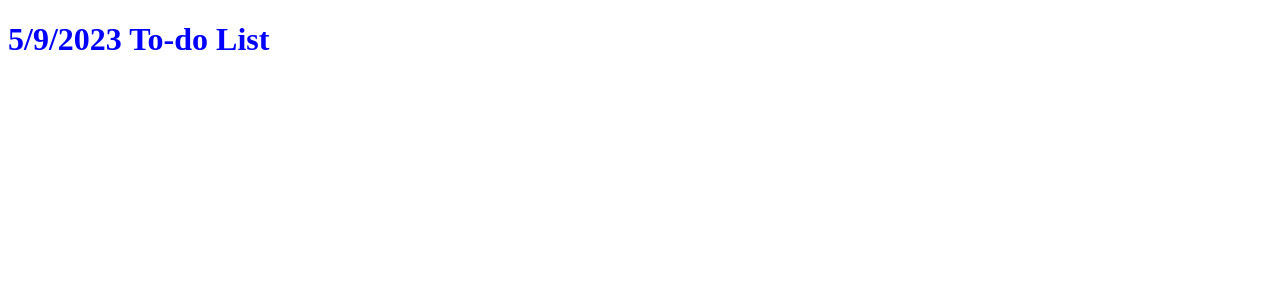
Repository: thecoachanna/todolist-v1
Page: http://localhost/
The author's editor kept a copy of each file at every save. The page is drawn from the files as they stood at one save, then again after a run of saves.
The browser window is 1280 px wide. The pictures show the whole page.
The page is served by the project's Node server (app.js).

Above is the page before, as saved 2023-05-09 07:10:59.

After the next 2 saves:
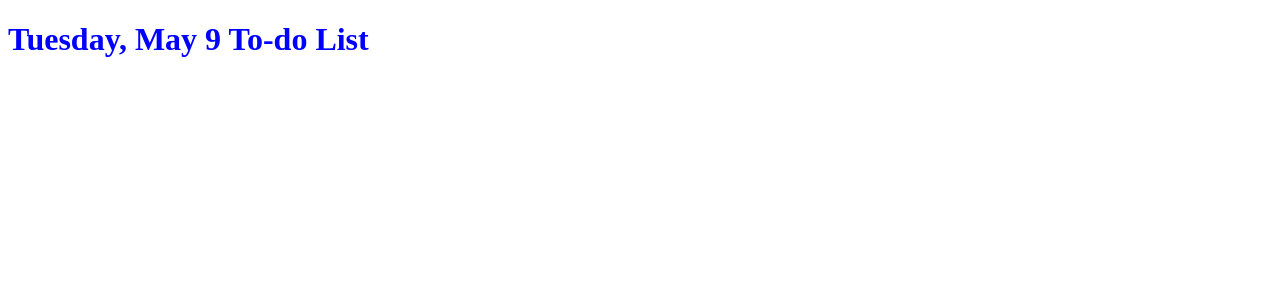
The 2 saves are shown as one change because they came seconds apart.
The last was saved 8 s later.
--- a/app.js
+++ b/app.js
@@ -15,7 +15,7 @@ app.get("/", (req, res) => {
         month: 'long'
     }
 
-    var day = today.toLocaleDateString('en-US')
+    var day = today.toLocaleDateString('en-US', options)
 
   res.render("list", { kindOfDay: day });
 });
